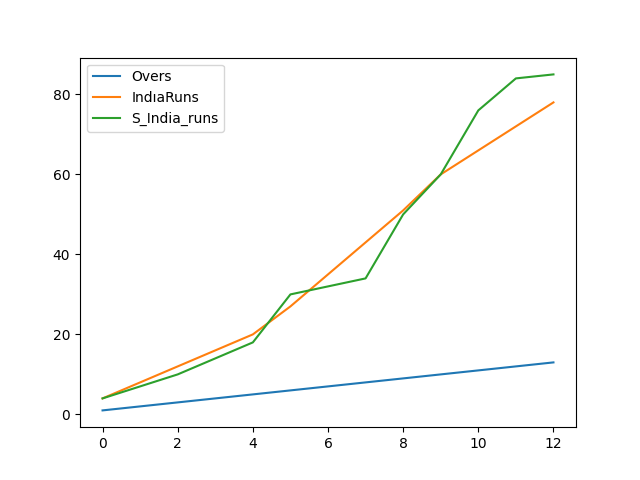
Repository: medenitunc/August-25-leanrning-Pyhton
Script's output: python Day02_03_PandasPlot.py
These files come from the project's save history. The script's output is drawn as it stood at one moment and after a run of saves; the edit follows.
Random numbers start from a fixed seed.

Above is the script's output before, as saved 2025-11-26 14:13:25.

After the next 2 saves:
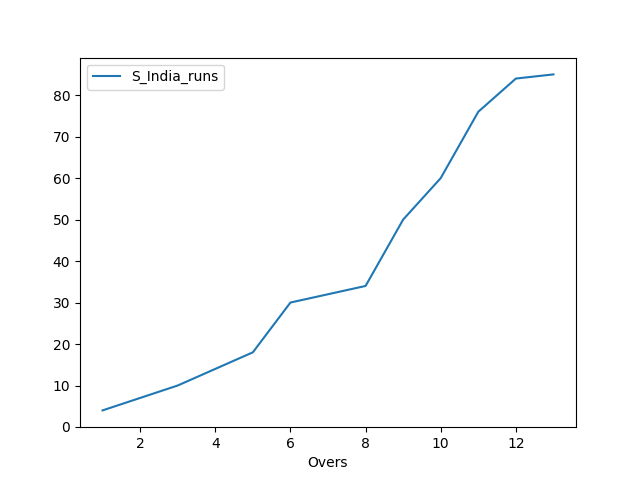
The 2 saves are shown as one change because 1 did not build or start.
The last was saved 19 min 54 s later.
--- a/Day02_03_PandasPlot.py
+++ b/Day02_03_PandasPlot.py
@@ -2,5 +2,5 @@ import pandas   as pd
 import matplotlib.pyplot as plt
 
 data = pd.read_csv('Day02_SampleData.csv')
-data.plot()
+data.plot(x='Overs', y='S_India_runs')
 plt.show()
